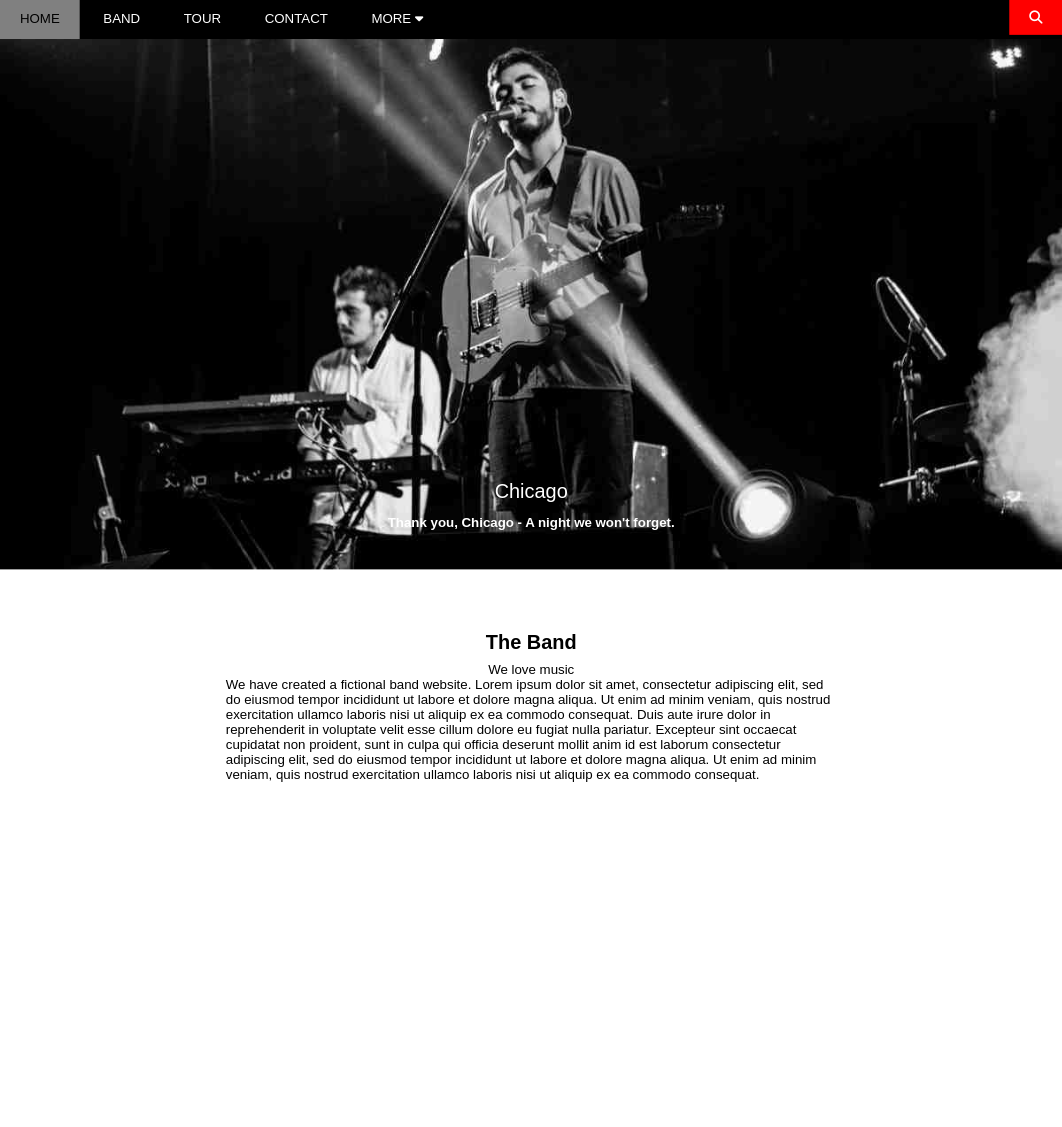
Repository: ngotranphuongbao/theband
Page: index.html
An editor plug-in stored every save of this project. The page is shown before and after the next save, followed by the edit.
The browser window is 1280 px wide. The pictures show the whole page, at 83% of full size.
Some web libraries are served in a nearby version.

Above is the page before, as saved 2022-12-21 20:24:21.

### index.html
<!DOCTYPE html>
<html lang="en">
<head>
    <meta charset="UTF-8">
    <meta http-equiv="X-UA-Compatible" content="IE=edge">
    <meta name="viewport" content="width=device-width, initial-scale=1.0">
    <title>Document</title>
    <link rel="stylesheet" href="./assets/css/style.css">
    <script src="https://kit.fontawesome.com/55a0c61423.js" crossorigin="anonymous"></script>
</head>
<body>
    <div id="main">
        <div id="header">
            <ul id="nav">
                <li><a href="">Home</a></li>
                <li><a href="">Band</a></li>
                <li><a href="">Tour</a></li>
                <li><a href="">Contact</a></li>
                <li>
                    <a href="">
                        More
                        <i class="fa fa-caret-down"></i>
                    </a>
                    <ul id="subnav">
                        <li><a href="">Merchandise</a></li>
                        <li><a href="">Extras</a></li>
                        <li><a href="">Media</a></li>
                    </ul>
                </li>
            </ul>
            <div id="search">
                <i class="fa fa-search"></i>
            </div>
        </div>

        <div id="slider">
            <div id="slider-caption">
                <h3>Chicago</h3>
                <p><b>Thank you, Chicago - A night we won't forget.</b></p>
            </div>

        </div>

        <div id="content">
            <div id="the-band">
                <div id="the-band-main">
                    <h2 class="content-title">The Band</h2>
                    <p class="content-subtitle">We love music</p>
                    <p id="the-band-about">We have created a fictional band website. Lorem ipsum dolor sit amet, consectetur adipiscing elit, sed do eiusmod tempor incididunt ut labore et dolore magna aliqua. Ut enim ad minim veniam, quis nostrud exercitation ullamco laboris nisi ut aliquip ex ea commodo consequat. Duis aute irure dolor in reprehenderit in voluptate velit esse cillum dolore eu fugiat nulla pariatur. Excepteur sint occaecat cupidatat non proident, sunt in culpa qui officia deserunt mollit anim id est laborum consectetur adipiscing elit, sed do eiusmod tempor incididunt ut labore et dolore magna aliqua. Ut enim ad minim veniam, quis nostrud exercitation ullamco laboris nisi ut aliquip ex ea commodo consequat.</p>
                </div>
            </div>

            <div id="tour-dates">


            </div>

            <div id="contact">

            </div>

            <div id="picture">

            </div>

        </div>

        <div id="footer">

        </div>
    </div>

</body>
</html>

### assets/css/style.css
* {
    padding: 0px;
    margin: 0px;
    box-sizing: border-box;
}

html {
    font-family: Arial, Helvetica, sans-serif;
}

#main {

}

#header {
    height: 46.5px;
    background-color: black;
    position: fixed;
    top: 0px;
    left: 0px;
    right: 0px;
    z-index: 1;
}

#nav {
    display: inline-block;
}
#nav > li {
    display: inline-block;
    padding: 12px 24px;
    position: relative;
}

#nav > li > a {
    line-height: 22.5px;
    text-decoration: none;
    text-transform: uppercase;
    color: white;
}

#nav > li:hover {
    background-color: grey;
}

#nav > li:hover > a {
    color: black;
}

#subnav {
    display: none;
    position: absolute;
    top: 45px;
    left: 0px;
    box-shadow: 0px 0px 10px rgba(0, 0, 0, 0.3);
    background-color: white;
}

#subnav > li {
    display: block;
    width: 160px;
    height: 38.5px;
    padding: 8px 16px;
}

#subnav > li:hover {
    background-color: grey;
}

#nav > li:hover > #subnav {
    display: block;
}

#subnav > li > a {
    text-decoration: none;
    color: black;
}

.fa-caret-down {
    width: 8.575px;
    height: 15px;
}

#search {
    float: right;
    padding: 12px 24px;
    background-color: red;
    cursor: pointer;
}

.fa-search {
    line-height: 22.5px;
    color: white;
}
#slider {
    margin-top: 45.6px;
    padding-top: 50%;
    background: url(/assets/image/slider/chicago.jpg) top center / cover no-repeat;
    position: relative;
}

#slider-caption {
    position: absolute;
    bottom: 32px;
    width: 100%;
    text-align: center;
}

#slider-caption > p {
    margin: 15px;
    color: white;
}

#slider-caption > h3 {
    margin-bottom: 10px;
    color: white;
    font-weight: 400;
    font-size: 24px;
}


#content {

}

#the-band {
    height: 672px;

}

#the-band-main {
    width: 768px;
    height: 100%;
    padding: 64px 16px;
    margin: auto;
}

.content-title {
    text-align: center;
    margin: 10px;
}

.content-subtitle {
    text-align: center;
}

#footer {

}

After the next save:
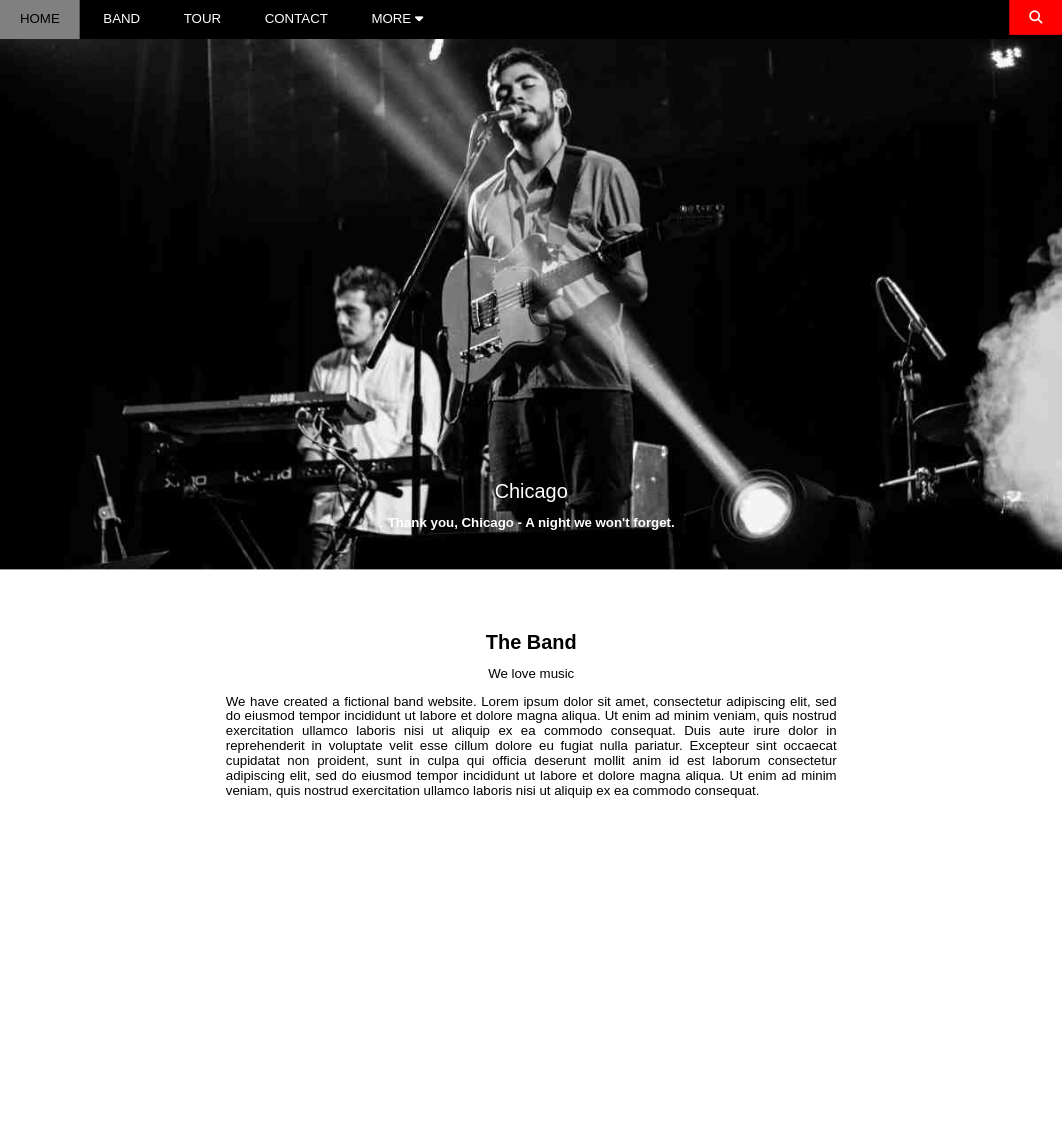
Saved 85 s later.
--- a/index.html
+++ b/index.html
@@ -46,7 +46,7 @@
                 <div id="the-band-main">
                     <h2 class="content-title">The Band</h2>
                     <p class="content-subtitle">We love music</p>
-                    <p id="the-band-about">We have created a fictional band website. Lorem ipsum dolor sit amet, consectetur adipiscing elit, sed do eiusmod tempor incididunt ut labore et dolore magna aliqua. Ut enim ad minim veniam, quis nostrud exercitation ullamco laboris nisi ut aliquip ex ea commodo consequat. Duis aute irure dolor in reprehenderit in voluptate velit esse cillum dolore eu fugiat nulla pariatur. Excepteur sint occaecat cupidatat non proident, sunt in culpa qui officia deserunt mollit anim id est laborum consectetur adipiscing elit, sed do eiusmod tempor incididunt ut labore et dolore magna aliqua. Ut enim ad minim veniam, quis nostrud exercitation ullamco laboris nisi ut aliquip ex ea commodo consequat.</p>
+                    <p id="describe">We have created a fictional band website. Lorem ipsum dolor sit amet, consectetur adipiscing elit, sed do eiusmod tempor incididunt ut labore et dolore magna aliqua. Ut enim ad minim veniam, quis nostrud exercitation ullamco laboris nisi ut aliquip ex ea commodo consequat. Duis aute irure dolor in reprehenderit in voluptate velit esse cillum dolore eu fugiat nulla pariatur. Excepteur sint occaecat cupidatat non proident, sunt in culpa qui officia deserunt mollit anim id est laborum consectetur adipiscing elit, sed do eiusmod tempor incididunt ut labore et dolore magna aliqua. Ut enim ad minim veniam, quis nostrud exercitation ullamco laboris nisi ut aliquip ex ea commodo consequat.</p>
                 </div>
             </div>
 
--- a/assets/css/style.css
+++ b/assets/css/style.css
@@ -141,6 +141,11 @@
 
 .content-subtitle {
     text-align: center;
+    margin: 15px;
+}
+
+#describe {
+    text-align: justify;
 }
 
 #footer {
